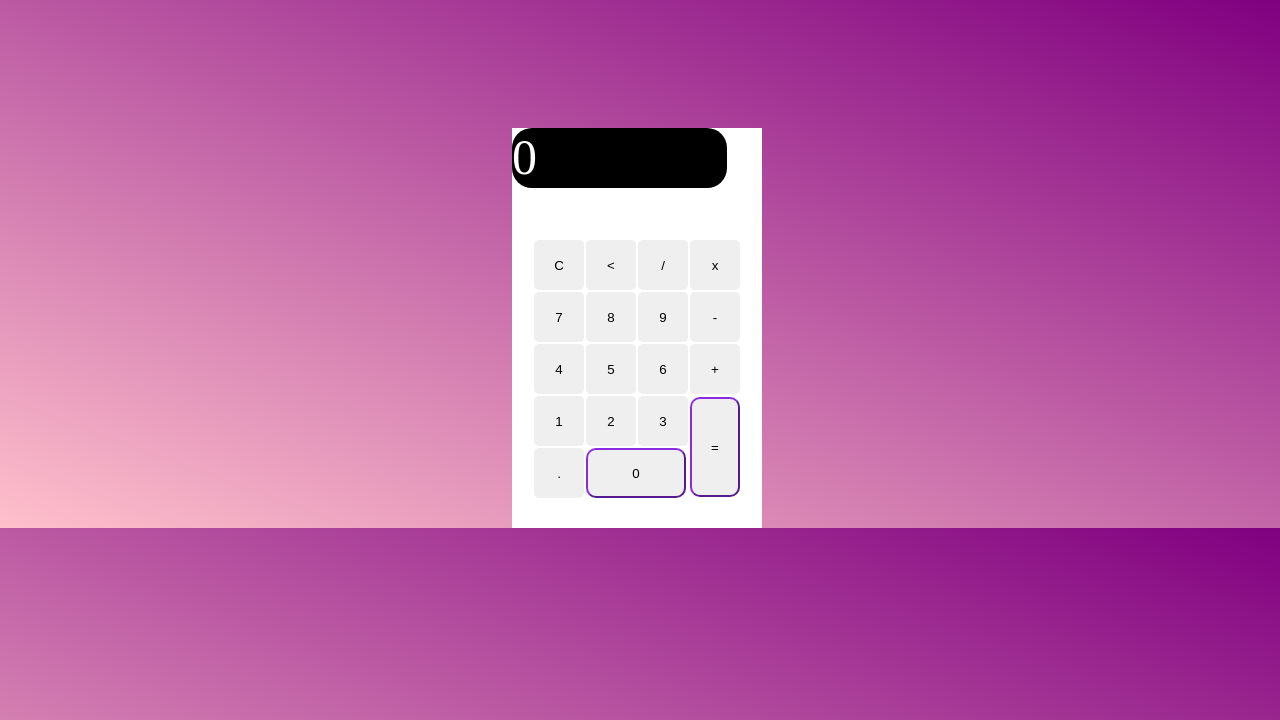
Repository: mariele-huff/calculadora
Page: index.html
These files come from the project's save history. The page is drawn as it stood at one moment and after the next save; the edit follows.
The browser window is 1280 px wide. The pictures show the whole page.

Above is the page before, as saved 2022-08-12 19:13:50.

### index.html
<!DOCTYPE html>
<html lang="pt-br">

<head>
    <meta charset="UTF-8">
    <meta http-equiv="X-UA-Compatible" content="IE=edge">
    <meta name="viewport" content="width=device-width, initial-scale=1.0">
    <link rel="stylesheet" href="style.css">
    <script src="index.js">

    </script>
    <title>Calculadora</title>
</head>

<body>
    <div class="calculadora">
        <div id="resultado">0</div>
        <table>
            <tr>
                <td><button class="botao" onclick="limpar()">C</button></td>
                <td><button class="botao" onclick="voltar()"> < </button>
                </td>
                <td><button class="botao" onclick="acrescenta('/')">/</button></td>
                <td><button class="botao" onclick="acrescenta('x')">x</button></td>
            </tr>
            <tr>
                <td><button class="botao" onclick="acrescenta('7')">7</button></td>
                <td><button class="botao" onclick="acrescenta('8')">8</button></td>
                <td><button class="botao" onclick="acrescenta('9')">9</button></td>
                <td><button class="botao" onclick="acrescenta('-')">-</button></td>
            </tr>
            <tr>
                <td><button class="botao" onclick="acrescenta('4')">4</button></td>
                <td><button class="botao" onclick="acrescenta('5')">5</button></td>
                <td><button class="botao" onclick="acrescenta('6')">6</button></td>
                <td><button class="botao" button onclick="acrescenta('+')">+</button>
                </td>
            </tr>
            <tr>
                <td><button class="botao" onclick="acrescenta('1')">1</button></td>
                <td><button class="botao" onclick="acrescenta('2')">2</button></td>
                <td><button class="botao" onclick="acrescenta('3')">3</button></td>
                <td rowspan="2"><button class="botao2" onclick="calcular()">=</button></td>
            </tr>
            <tr>

                <td> <button class="botao" onclick="acrescenta('.')">.</button></td>
                <td colspan="2"><button class="botao1" onclick="acrescenta('3')">0</button></td>
            </tr>
        </table>
    </div>

</body>

</html>

### style.css
*{
    margin: 0;
    padding: 0;
}

body{
    background-image: linear-gradient(20deg , pink, purple);

}

.calculadora{
    margin-top: 10%;
    background-color: white ;
    width: 250px;
    height: 400px;
    margin-left: 40%;
}



.botao{

    height: 50px;
    width: 50px;
    border-color: blueviolet;
    border-width: inherit;
    border-radius: 5px;

}
.botao1{

    height:50px;
    width: 100px;
    border-radius: 10px;
    border-color: blueviolet;

}
.botao2{

    height:100px;
    width: 50px;
    border-radius: 10px;
    border-color: blueviolet;

}
#resultado {
    background-color: black;
    height: 60px;
    width: 215px;
    border: 5px black;
    border-radius: 20px;
    color: white;
    font-size: 50px;

}
table{
        margin-left: 20px;
        margin-top: 50px;
}

### index.js

let acrescenta = (num)=> {

let numero =   document.querySelector('#resultado').innerHTML
    if(resultado === 0){
        let resultado =  document.querySelector('#resultado').innerHTML
document.querySelector('#resultado').innerHTML = resultado.substring(0, resultado.length -1)
    }

document.querySelector('#resultado').innerHTML=numero + num
 }

 let limpar = () =>{
    let resultado =   document.querySelector('#resultado')
    resultado.innerHTML= " "
}

 let voltar = () =>{
     let resultado =  document.querySelector('#resultado').innerHTML
     document.querySelector('#resultado').innerHTML = resultado.substring(0, resultado.length -1)



}
 let calcular = () => {
   let resultado = document.querySelector('#resultado').innerHTML
    if(resultado){
        document.querySelector('#resultado').innerHTML = eval(resultado)
    }

}

After the next save:
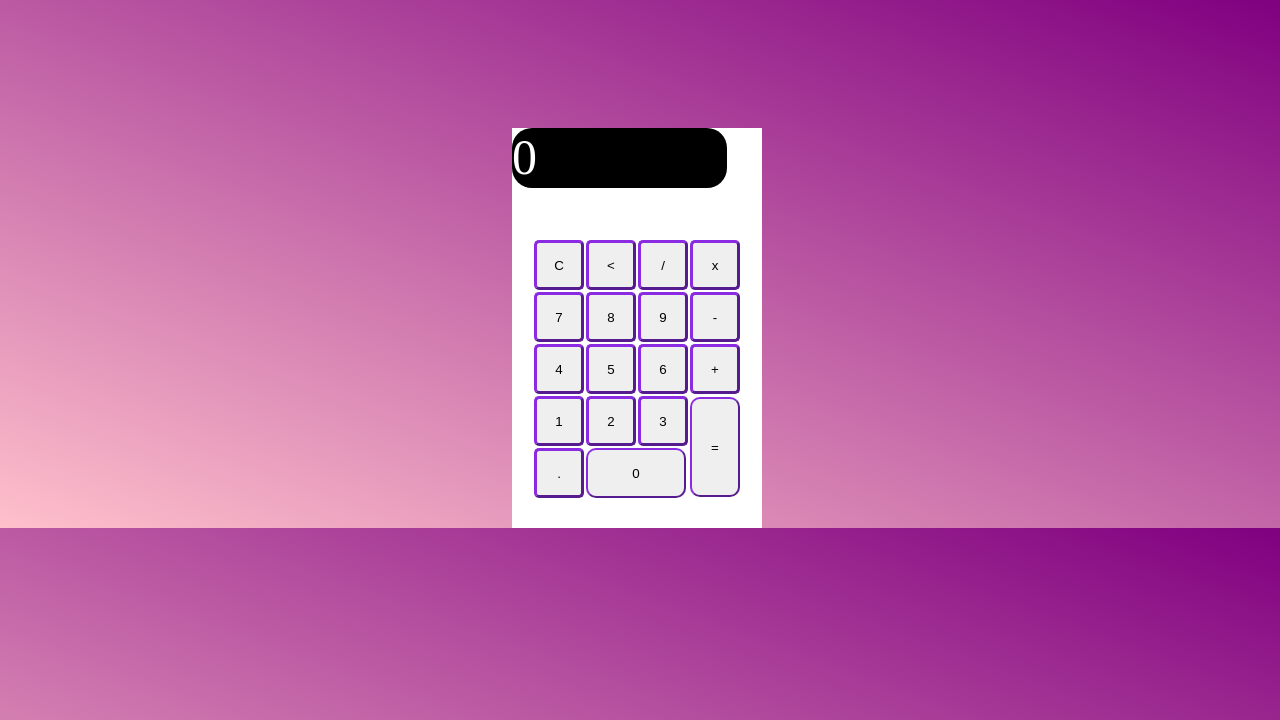
Saved 25 s later.
--- a/style.css
+++ b/style.css
@@ -23,7 +23,7 @@ body{
     height: 50px;
     width: 50px;
     border-color: blueviolet;
-    border-width: inherit;
+    border-width:initial;
     border-radius: 5px;
 
 }
